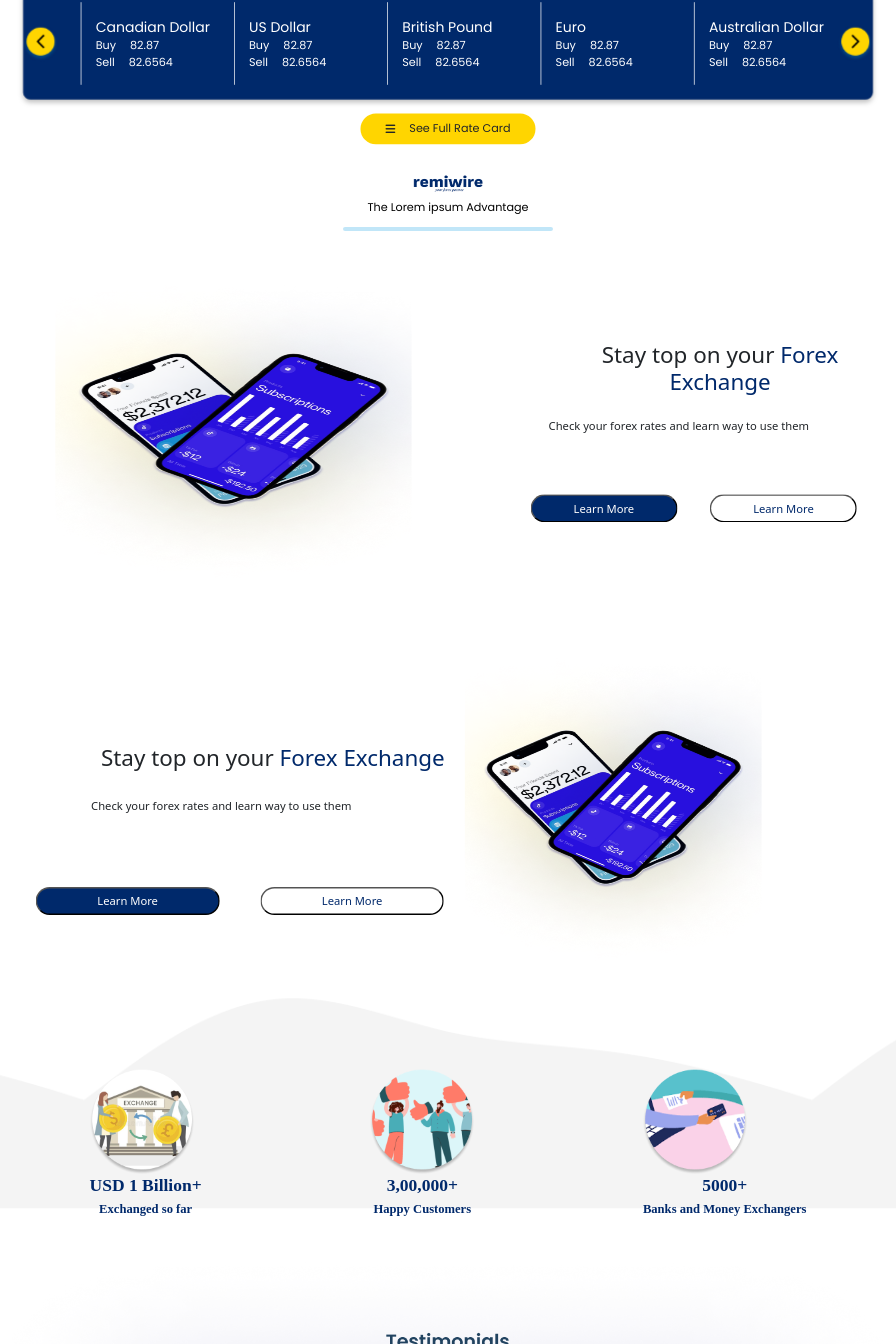
Repository: FlyweisReact/Akshadeep-latest
Page: /
An editor plug-in stored every save of this project. The page is shown before and after the next save, followed by the edit.
The browser window is 1280 px wide. The pictures show the part of the page from y = 803 to 2723 px (the page is 4652 px tall before and 4663 px after), at 70% of full size.
Some web libraries are served in a nearby version. The project was rebuilt for these pictures with package versions that can differ from the ones it lists, and the page was loaded fresh each time. Also part of the build but not shown: src/components/exchange.jsx, src/components/order_p1.jsx, src/components/order_p2.jsx, src/components/faas.jsx, src/components/offer.jsx, src/components/main2.jsx, src/components/home.jsx, src/components/slider.jsx and 6 more.

Above is the page before, as saved 2023-05-23 16:07:45.

### public/index.html
<!DOCTYPE html>
<html lang="en">
  <head>
    <meta charset="utf-8" />
    <link rel="icon" href="%PUBLIC_URL%/favicon.ico" />
    <meta name="viewport" content="width=device-width, initial-scale=1" />
    <meta name="theme-color" content="#000000" />
    <meta
      name="description"
      content="Web site created using create-react-app"
    />
    <link rel="apple-touch-icon" href="%PUBLIC_URL%/logo192.png" />

    <link rel="manifest" href="%PUBLIC_URL%/manifest.json" />
    <link rel="stylesheet" href="https://cdnjs.cloudflare.com/ajax/libs/font-awesome/5.15.3/css/all.min.css" />
    <link href="https://cdn.jsdelivr.net/npm/bootstrap@5.3.0-alpha1/dist/css/bootstrap.min.css" rel="stylesheet" integrity="sha384-GLhlTQ8iRABdZLl6O3oVMWSktQOp6b7In1Zl3/Jr59b6EGGoI1aFkw7cmDA6j6gD" crossorigin="anonymous">
    <title>React App</title>
  </head>
  <body>
    <noscript>You need to enable JavaScript to run this app.</noscript>
    <div id="root"></div>
    <script src="https://kit.fontawesome.com/b533b351e4.js" crossorigin="anonymous"></script>
  </body>
</html>

### src/components/Main.jsx
/** @format */

import React from "react";
import Navbar from "./navbar";
import "react-responsive-carousel/lib/styles/carousel.min.css";
import BottomCont from "./bottom_cont";
import Footer from "./footer";
import img from "../Images/a-7.png";
import UpperForm from "./Component/Index/UpperForm";
import UpperSlider from "./Component/Index/UpperSlider";
import CurrencySlider from "./Component/Index/CurrencySlider";
import logo from '../Images/logo.png'

function Main() {
  return (
    <>
      <Navbar />

      <div className="upper-two-component">
        <div className="left-component">
          <UpperForm />
        </div>
        <div className="right-component">
          <UpperSlider />
        </div>
      </div>

      <div className="Index-currency_cont">
        <CurrencySlider />
      </div>

      <div className="Index_center_button">
      <i className="fa-solid fa-bars"></i>
        <p>See Full Rate Card</p>
      </div>

      <div className="Index_center_Div">
      <img src={logo} alt='' className="logo" />

        <p>The Lorem ipsum Advantage</p>
        <hr />
      </div>



      <div className="main-2-cont">
        <div className="main-2-left">
          <img src={img} alt="" />
        </div>
        <div className="main-2-right">
          <h2>
            Stay top on your <spam className="sp">Forex Exchange</spam>
          </h2>
          <p>Check your forex rates and learn way to use them</p>
          <div className="main-2-r-btn">
            <button className="main-2l-btn">Learn More</button>
            <button className="main-2r-btn">Learn More</button>
          </div>
        </div>
      </div>
      <div className="main-3-cont">
        <div className="main-3-left">
          <h2>
            Stay top on your <spam className="sp">Forex Exchange</spam>
          </h2>
          <p>Check your forex rates and learn way to use them</p>
          <div className="main-2-r-btn">
            <button className="main-2l-btn">Learn More</button>
            <button className="main-2r-btn">Learn More</button>
          </div>
        </div>
        <div className="main-3-right">
          <img src={img} alt="" />
        </div>
      </div>
      <BottomCont />
      <Footer />
    </>
  );
}

export default Main;

### src/Style/Header.css
/** @format */

.Sticky-Header-Companent {
  height: 100%;
  background-color: var(--white);
  position: sticky;
  top: 0;
  z-index: 999;
  padding: 20px;
  transition: box-shadow 0.3s ease;
}

.scrolled {
  box-shadow: rgba(0, 0, 0, 0.24) 0px 3px 8px;
}

.Header {
  width: 100%;
  display: flex;
  justify-content: space-between;
  align-items: center;
}

.Header .left-component a {
  font-family: InterFont;
  font-size: 2rem;
  color: #000000;
  cursor: pointer;
  text-decoration: none;
}

.Header .right-component {
  display: flex;
  gap: 20px;
}
.Header .right-component .btn1 {
  font-weight: 500;
  font-size: var(--medium-font);
  color: var(--black);
  background-color: transparent;
  border: none;
}
.Header .right-component .btn2 {
  font-size: var(--medium-font);
  color: var(--white);
  background-color : #00296B;
  border: 1px solid #00296B;
  padding: 10px;
  width: 200px;
  border-radius: var(--half-border);
}

/* Category Drop- Down */
.Drop-Category-Bar {
  display: flex;
  align-items: center;
}
.Drop-Category-Bar .left-container {
  width: 20%;
  padding: 20px;
}

.Drop-Category-Bar .right-Container {
  display: flex;
  width: 60%;
  justify-content: space-evenly;
}

.Drop-Category-Bar .left-container i {
  font-size: var(--medium-font);
  cursor: pointer;
}
.Drop-Category-Bar .right-Container #dropdown-basic {
  border: none;
  font-size: var(--medium-font);
  font-style: normal;
  line-height: 29px;
  color: #333131;
}
.Drop-Category-Bar .right-Container #dropdown-button-drop-end {
  width: 100%;
  display: flex;
  justify-content: space-between;
  gap: 20px;
  align-items: center;
  font-size: var(--small-font);
  border: none;
}
.Drop-Category-Bar .right-Container .dropdown-item {
  width: 100%;
  font-size: var(--small-font);
  border: none;
  padding-left: 12px;
}

/* FullScreen Offcanvas */
.offcanvas.offcanvas-start {
  width: 100% !important;
  background-color: transparent;
}
.offcanvas-backdrop.show {
  opacity: 0.9 !important;
}
.Offcanvas-Menu {
  position: relative;
  padding: 20px;
}
.Offcanvas-Menu .fa-x {
  font-size: var(--medium-font);
  color: #fff;
  position: absolute;
  right: 20px;
  top: 20px;
  cursor: pointer;
}
.Offcanvas-Menu .Menu-Items {
  display: flex;
  justify-content: space-evenly;
  align-items: center;
  position: absolute;
  top: 50%;
  gap: 20px;
  left: 50%;
  transform: translate(-50%, -50%);
  width: 100%;
  padding-left: 5%;
  padding-right: 5%;
}
.Offcanvas-Menu .Menu-Items div {
  width: 20%;
  cursor: pointer;
}
.Offcanvas-Menu .Menu-Items div img {
  display: block;
  margin: auto;
}
.Offcanvas-Menu .Menu-Items div a {
  text-decoration: none;
}
.Offcanvas-Menu .Menu-Items p {
  font-size: var(--medium-font);
  color: #ffffff;
  text-align: center;
  margin-top: 10px;
  font-family: OpenFont;
  text-decoration: none;
  width: 100%;
}

### src/Style/Layout.css
/**
 * Two Section Component
 *
 * @format
 */

.upper-two-component {
  display: flex;
  justify-content: space-evenly;
  padding-top: 20px;
}
.upper-two-component .left-component {
  width: 40%;
}
.upper-two-component .right-component {
  width: 50%;
}

/* Currency Container */
.Index-currency_cont {
  width: 98%;
  margin: auto;
  padding: 20px;
  filter: drop-shadow(0px 4px 4px rgba(0, 0, 0, 0.25));
  padding-top: 5%;
}

/* Rate Button */
.Index_center_button {
  width: 250px;
  background: #ffd500;
  border-radius: 27px;
  display: flex;
  gap: 20px;
  justify-content: center;
  align-items: center;
  padding: 10px;
  margin: auto;
  cursor: pointer;
}
.Index_center_button i {
  margin: 0;
}
.Index_center_button p {
  margin: 0;
  font-family: PoppinFont;
  font-size: var(--extra-small-font);
}

/* Index_center_Div */
.Index_center_Div {
  width: 300px;
  display: block;
  margin: auto;
  padding-top: 20px;
  text-align: center;
  margin-top: 20px;
}
.Index_center_Div .logo {
  width: 100px;
  display: block;
  margin: auto;
}
.Index_center_Div p {
  color: #000;
  font-family: PoppinFont;
  text-align: center;
  font-size: var(--extra-small-font);
  margin-top: 10px;
}
.Index_center_Div hr {
  border: 3px solid #0b9be3;
  border-radius: 8px;
}

### src/Style/Component.css
/**
 * Upper Form Component
 *
 * @format
 */

.Index-Upper-Form {
  width: 100%;
  padding-top: 20px;
}
.Index-Upper-Form .button-container {
  display: flex;
  align-items: center;
  justify-content: center;
  gap: 10px;
  width: 100%;
}
.Index-Upper-Form .button-container button {
  background-color: #fff;
  color: #333;
  border: 1px solid #ffd500;
  font-size: var(--small-font);
  cursor: pointer;
  padding: 10px;
  width: 20%;
  font-family: OpenFont;
  border-radius: 4px;
  transition: 0.5s;
}
.Index-Upper-Form .button-container button:hover {
  background: #ffd500;
}
.Index-Upper-Form .form-cont {
  width: 100%;
  margin-top: 10px;
  background: #00296b;
  border: 1px solid #333131;
  box-shadow: 0px 0px 100px 8px rgba(255, 213, 0, 0.3);
  border-radius: 12px;
  position: relative;
  padding: 20px;
}
.Index-Upper-Form .form-cont .form-part-1 .two-cont {
  display: flex;
  justify-content: space-between;
  width: 100%;
}
.Index-Upper-Form .form-cont .form-part-1 .two-cont div {
  width: 45%;
}
.Index-Upper-Form .form-cont .form-part-1 .two-cont div label {
  color: var(--white);
  font-size: var(--extra-small-font);
  font-family: PoppinFont;
  line-height: 24px;
  color: #ffffff;
}

.Index-Upper-Form .form-cont .form-part-1 .two-cont div select {
  width: 100%;
  margin-top: 3px;
  outline: none;
  font-size: var(--extra-small-font);
  color: #897f7f;
  font-family: PoppinFont;
  padding: 10px;
  border-radius: 4px;
  border: 1px solid #897f7f;
}
.Index-Upper-Form .form-cont .form-part-1 .rate {
  font-size: 16px;
  line-height: 24px;
  color: #ffffff;
  margin-top: 10px;
  font-family: PoppinFont;
}
.Index-Upper-Form .form-cont .form-part-1 .two-cont div input {
  width: 100%;
  margin-top: 3px;
  outline: none;
  font-size: var(--extra-small-font);
  color: #897f7f;
  font-family: PoppinFont;
  padding: 10px;
  border-radius: 4px;
  border: 1px solid #897f7f;
}
.Index-Upper-Form .form-cont .form-part-1 .two-cont div input::placeholder {
  color: #897f7f;
}
.Index-Upper-Form .form-cont .form-part-1 .two-cont .two-section {
  display: flex;
  gap: 10px;
  color: var(--white);
  margin-top: 10px;
  align-items: center;
}
.Index-Upper-Form .form-cont .form-part-1 .two-cont .two-section p {
  margin: 0;
  font-family: PoppinFont;
}
.Index-Upper-Form .form-cont .form-part-1 .two-cont .two-section button {
  background-color: #214360;
  outline: none;
  border: 1px solid #214360;
  color: var(--white);
  font-family: PoppinFont;
}
.Index-Upper-Form .form-cont .form-part-1 .two-cont .two-section i {
  color: #ffd500;
}
.Index-Upper-Form .form-cont .form-part-1 .two-cont .two-section .add {
  color: #ffd500;
  text-decoration: underline;
}
.Index-Upper-Form .form-cont .ord-btn {
  font-size: var(--medium-font);
  font-family: PoppinFont;
  background: #ffd500;
  border-radius: 30.2748px;
  border: none;
  width: 40%;
  padding: 10px;
  display: block;
  margin: auto;
  position: absolute;
  top: 98%;
  cursor: pointer;
  left: 50%;
  transform: translate(-50%, -50%);
}

/* Slick Slider */
.slick-slider-Cont {
  position: relative;
}
.slick-slider-Cont .Prev-Next_cont {
  display: flex;
  justify-content: space-between;
}
.slick-slider-Cont .Prev-Next_cont .PrevImg {
  position: absolute;
  top: 50%;
  left: 5%;
  transform: translate(-50%, -50%);
  cursor: pointer;
}
.slick-slider-Cont .Prev-Next_cont .NextImg {
  position: absolute;
  top: 50%;
  left: 95%;
  transform: translate(-50%, -50%);
  cursor: pointer;
}

.Slick-Slider {
  height: 100%;
  padding: 20px;
}
.Slick-Slider .slider-container-div {
  width: 100%;
}
.Slick-Slider .slider-container-div p {
  font-family: PoppinFont;
  font-size: 24px;
  line-height: 40px;
  color: #000;
  text-align: center;
  margin: 0;
}
.Slick-Slider .slider-container-div img {
  display: block;
  margin: auto;
}
.Slick-Slider:focus {
  border: none !important;
}
.Slick-Slider:active {
  border: none !important;
}

.Slick-Slider .slider-container-div .two-comp {
  display: flex;
  justify-content: space-evenly;
  gap: 10px;
}
.Slick-Slider .slider-container-div .two-comp .left-comp {
  width: 45%;
  position: relative;
}
.Slick-Slider .slider-container-div .two-comp .left-comp img {
  position: absolute;
  top: 50%;
  left: 50%;
  transform: translate(-50%, -50%);
}
.Slick-Slider .slider-container-div .two-comp .right-comp {
  width: 60%;
}
.Slick-Slider .slider-container-div .two-comp .right-comp div {
  display: flex;
  padding-top: 20px;
  gap: 20px;
  align-items: center;
}
.Slick-Slider .slider-container-div .two-comp .right-comp p {
  margin: 0;
  font-size: var(--extra-small-font);
  line-height: normal;
  width: 90%;
  text-align: left;
}
.Slick-Slider .slider-container-div .two-comp .right-comp i {
  margin: 0;
  background-color: #00a067;
  color: #fff;
  border-radius: 100%;
  padding: 5px;
}


/* Currency-Slider  */
.currency_slider_cont{
  background-color: #00296B;
  border: 1px solid #00296B;
  border-radius: 10px;
  position: relative;
  width: 100%;
}
.currency_slider_cont .currency_slider{
  height: 100%;
  padding: 20px;
  padding-left: 5%;
  padding-right: 5%;
}
.currency_slider_cont .currency_slider:focus {
  border: none !important;
}
.currency_slider_cont .currency_slider:active {
  border: none !important;
}

.currency_slider_cont .currency_slider .Item{
  color: #fff;
  border-right: 1px solid #fff;
  padding: 20px;
  width: 20%;
}
.currency_slider_cont .currency_slider .Item p{
  margin: 0;
}
.currency_slider_cont .currency_slider .Item .head{
  font-family: PoppinFont;
  font-size: var(--medium-font);
}
.currency_slider_cont .currency_slider .Item .two_sec{
  display: flex;
  align-items: center;
  gap: 20px;
}
.currency_slider_cont .currency_slider .Item .two_sec p{
  font-family: PoppinFont;
font-size: var(--extra-small-font);
}
.currency_slider_cont .Prev-Next_cont {
  display: flex;
  justify-content: space-between;
}
.currency_slider_cont .Prev-Next_cont .PrevImg {
  position: absolute;
  top: 50%;
  left: 2%;
  transform: translate(-50%, -50%);
  cursor: pointer;
}
.currency_slider_cont .Prev-Next_cont .NextImg {
  position: absolute;
  top: 50%;
  left: 98%;
  transform: translate(-50%, -50%);
  cursor: pointer;
}

.slick-prev:before {
  display: none !important;
}
.slick-next:before{
  display: none
  ;
}

### src/components/navbar.jsx
import Header from "./Layout/Header";

const Navbar = () => {
  return (
    <>
      <Header />

    </>
  );
};

export default Navbar;

### src/components/bottom_cont.jsx
import React from "react";
import img from "../Images/a-33.png";
import img2 from "../Images/a-34.png";
import img3 from "../Images/a-35.png";
import img4 from "../Images/a-36.png";
import img5 from "../Images/a-37.png";
import img6 from "../Images/a-51.png";

const BotCont = () => {
  return (
    <>
      <div className="bot-part-1">
        <div className="bot-cont-imgs">
          <div>
            <img src={img} />
            <h6>USD 1 Billion+</h6>
            <p>Exchanged so far</p>
          </div>
          <div>
            <img src={img2} />
            <h6>3,00,000+</h6>
            <p>Happy Customers</p>
          </div>
          <div>
            <img src={img3} />
            <h6>5000+</h6>
            <p>Banks and Money Exchangers</p>
          </div>
        </div>
      </div>
      <div className="bot-part-3">
        <img src={img6} />
      </div>
      <div className="bot-part-2">
        <h3>Media Mentions</h3>
        <div className="bot-part-2-sub">
          <div className="bot-cont-card">
            <h4>Loren Ipsum Id best Platform out there</h4>
            <p>
              Lorem Ipsum is simply dummy text of the printing and typesetting
              industry. Lorem Ipsum has been the industry's standard dummy text
              ever since the 1500s, when an unknown printer took a galley of
              type and scrambled it to make a type specimen book.
            </p>
            <div className="thin-line"></div>
            <div className="bot-cont-card-2">
              <img src={img4} />
              <p>5 star</p>
            </div>
          </div>
          <div className="bot-cont-card">
            <h4>Loren Ipsum Id best Platform out there</h4>
            <p>
              Lorem Ipsum is simply dummy text of the printing and typesetting
              industry. Lorem Ipsum has been the industry's standard dummy text
              ever since the 1500s, when an unknown printer took a galley of
              type and scrambled it to make a type specimen book.
            </p>
            <div className="thin-line"></div>
            <div className="bot-cont-card-2">
              <img src={img5} style={{height:"40px"}} />
              <p>5 star</p>
            </div>
          </div>
        </div>
      </div>
    </>
  );
};

export default BotCont;

### src/components/footer.jsx
import React from "react";

const Footer = () => {
  return (
    <footer className="footer">
      <div className="footer-cont">
        <div className="foot-row">
          <div className="foot-col">
            <h3>Company</h3>
            <p>About Us</p>
            <p>Contact Us</p>
            <p>Careers</p>
          </div>
          <div className="foot-col">
            <h3>Services</h3>
            <p>Prepaid Travel Card</p>
            <p>Foreign Demand Draft</p>
            <p>Foreign Currency</p>
            <p>Educational Loans</p>
            <p>Remmittance</p>
            <p>Travel Insurance</p>
            <p>Forex as a Service (Faas Solution)</p>
          </div>
          <div className="foot-col">
            <h3>Quick Links</h3>
            <p>FAQs</p>
            <p>Cancellation & Refund Policy</p>
            <p>Forex Rates</p>
            <p>Our Policies</p>
            <p>Terms of Use</p>
            <p>Site Map</p>
            <p>Offers</p>
          </div>
          <div className="foot-col">
            <h3>Insight</h3>
            <p>Blogs</p>
            <p>Press Release</p>
            <p>Foreign Currency</p>
            <p>Educational Loans</p>
            <p>Remmittance</p>
            <p>Travel Insurance</p>
            <p>Forex as a Service (Faas Solution)</p>
          </div>
          <div className="foot-col">
            <h3>Registered Office Address</h3>
            <p>Lorem Ipsum Pvt ltd.</p>
            <p>P-701 to P-705 lorem ipsum , 7th floor, 11th tower, panchsheel primerose, vatista
                , Gurugram, Hariyana
            </p>
            {/*<ul className="social-icons">
              <li>
                <a href="#">
                  <i className="fab fa-facebook-f"></i>
                </a>
              </li>
              <li>
                <a href="#">
                  <i className="fab fa-twitter"></i>
                </a>
              </li>
              <li>
                <a href="#">
                  <i className="fab fa-linkedin"></i>
                </a>
              </li>
              <li>
                <a href="#">
                  <i className="fab fa-instagram"></i>
                </a>
              </li>
            </ul>*/}
          </div>
        </div>
      </div>
      <div className="footer-bottom">
        <p>&copy; 2023 Forex Inc. All Rights Reserved.</p>
      </div>
    </footer>
  );
};

export default Footer;

### src/components/signup.jsx
import Button from "react-bootstrap/Button";
import Modal from "react-bootstrap/Modal";

function MyVerticallyCenteredModal(props) {
  return (
    <Modal
      {...props}
      size="lg"
      aria-labelledby="contained-modal-title-vcenter"
      centered
    >
      <Modal.Body>
        <div className="popupe-container">
          <div className="popupe">
            <span className="close" onClick={props.onHide}>
              &times;
            </span>
            <h2 className="form-title">Register</h2>
            <form>
              <div class="form-groupe">
                <label for="name" className="label-inp">Name</label>
                <input type="text" id="name" name="name" placeholder="Enter your name here" />
              </div>
              <div class="form-groupe">
                <label for="mobile" className="label-inp">Mobile Number</label>
                <input type="email" id="email" name="email" placeholder="Enter your mobile no here"/>
              </div>
              <div class="form-groupe">
                <label for="email" className="label-inp">Email</label>
                <input type="email" id="email" name="email" placeholder="Enter your email here"/>
              </div>
              <button type="submit" className="btn-form-submit">Submit</button>
            </form>
            <h2 className="form-title">Or</h2>
            <div className="form-bot-cont">
              <div className="left-btn">
                  <button className="btn-2">
                  <i class="fab fa-facebook-f fc" ></i>
                  facebook</button>
              </div>
              <div className="right-btn">
                  <button className="btn-2">
                  <i class="fab fa-google-plus-g gl"></i>
                    Google</button>
              </div>
            </div>
            </div>
          </div>
      </Modal.Body>
    </Modal>
  );
}

export default MyVerticallyCenteredModal;

### src/components/login.jsx

import Modal from "react-bootstrap/Modal";

function MyVerticallyCenteredModal(props) {
  return (
    <Modal
      {...props}
      size="lg"
      aria-labelledby="contained-modal-title-vcenter"
      centered
    >
      <Modal.Body>
        <div className="popupe-container">
          <div className="popupe">
            <span className="close" onClick={props.onHide}>
              &times;
            </span>
            <h2 className="form-title">Login</h2>
            <form>
              <div class="form-groupe">
                <label for="name" className="label-inp">Mobile Number/ Email Id</label>
                <input type="text" id="name" name="name" placeholder="Enter mobile number/ email Id" />
              </div>
              <button type="submit" className="btn-form-submit">Submit</button>
            </form>
            </div>
            <h2 className="form-title">Or</h2>
            <div className="form-bot-cont">
              <div className="left-btn">
                  <button className="btn-2">
                  <i class="fab fa-facebook-f fc" ></i>
                  facebook</button>
              </div>
              <div className="right-btn">
                  <button className="btn-2">
                  <i class="fab fa-google-plus-g gl"></i>
                    Google</button>
              </div>
            </div>
          </div>
      </Modal.Body>
    </Modal>
  );
}

export default MyVerticallyCenteredModal;

Loaded but not shown: src/Json/menu.json (187 lines, source omitted); src/components/Component/Index/UpperSlider.js (180 lines, source omitted); src/components/Component/Index/CurrencySlider.js (162 lines, source omitted); src/components/Component/Index/UpperForm.js (74 lines, source omitted); src/components/Layout/DropBar.js (60 lines, source omitted); src/components/Layout/Sidebar.js (70 lines, source omitted); src/App.js (50 lines, source omitted); src/components/Layout/Header.js (56 lines, source omitted); src/index.js (13 lines, source omitted); src/index.css (2406 lines, source omitted)

After the next save:
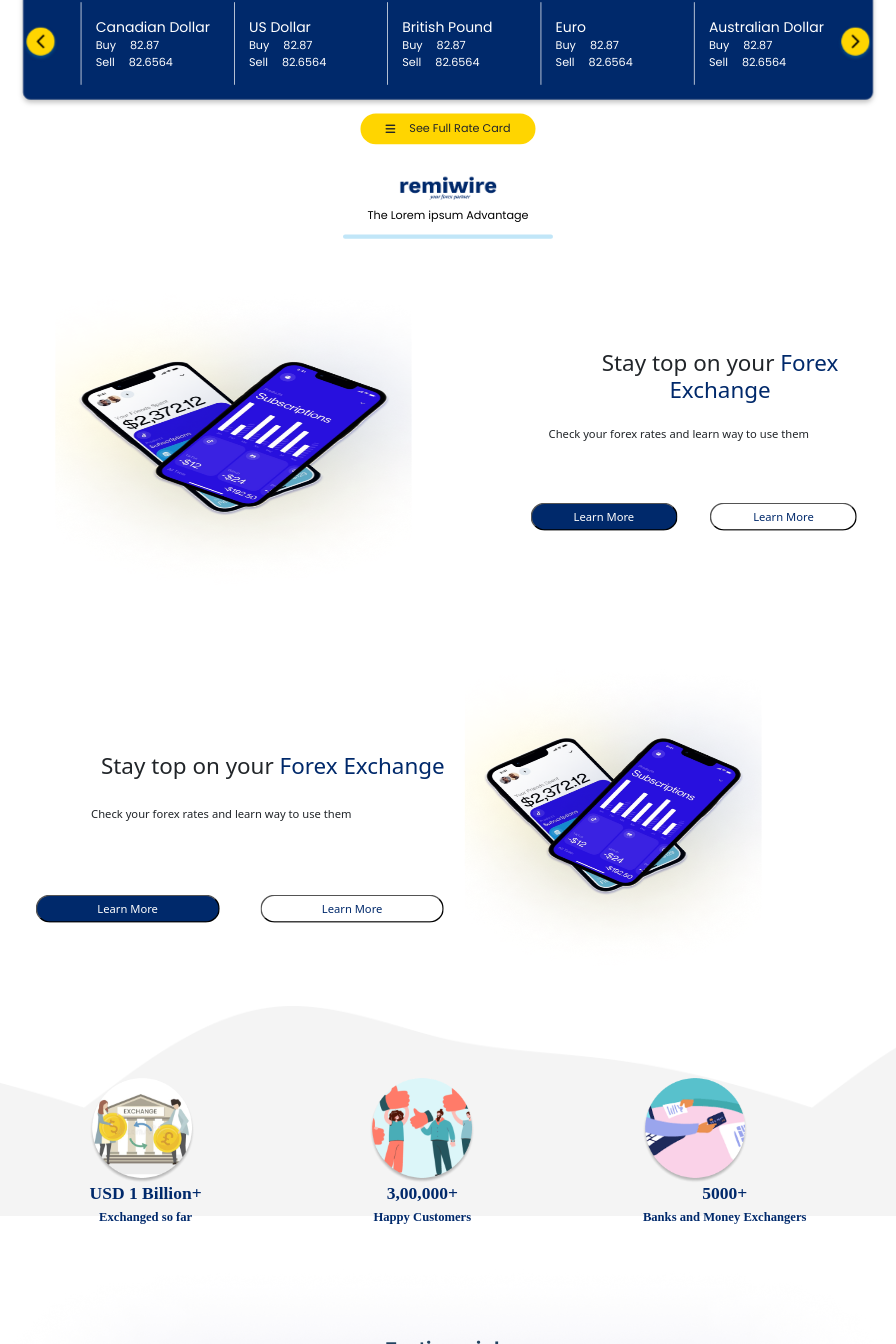
Saved 4 s later.
--- a/src/Style/Layout.css
+++ b/src/Style/Layout.css
@@ -57,7 +57,7 @@
   margin-top: 20px;
 }
 .Index_center_Div .logo {
-  width: 100px;
+  width: 140px;
   display: block;
   margin: auto;
 }
